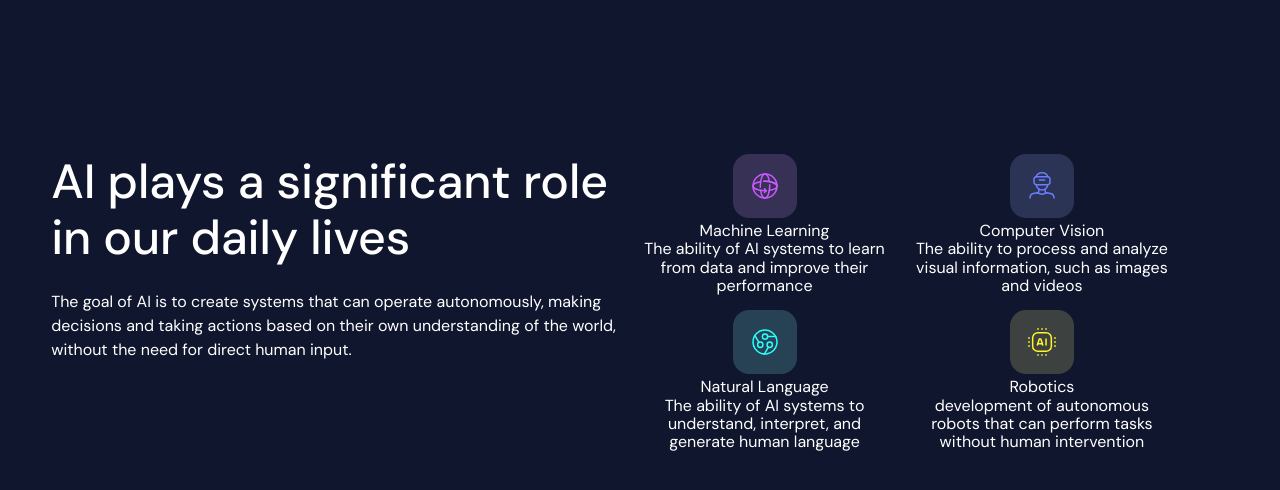
Repository: alphatra/INVO-Academy
Page: / (app in [lvl 1] Sekcja 4 obszarów AI/Starter-code/)
These files come from the project's save history. The page is drawn as it stood at one moment and after the next save; the edit follows.
The browser window is 1280 px wide. The pictures show the whole page.
The project was rebuilt for these pictures with package versions that can differ from the ones it lists, and the page was loaded fresh each time.

Above is the page before, as saved 2023-03-09 21:34:44.
Console error: TypeError: Cannot read properties of null (reading 'addEventListener')

After the next save:
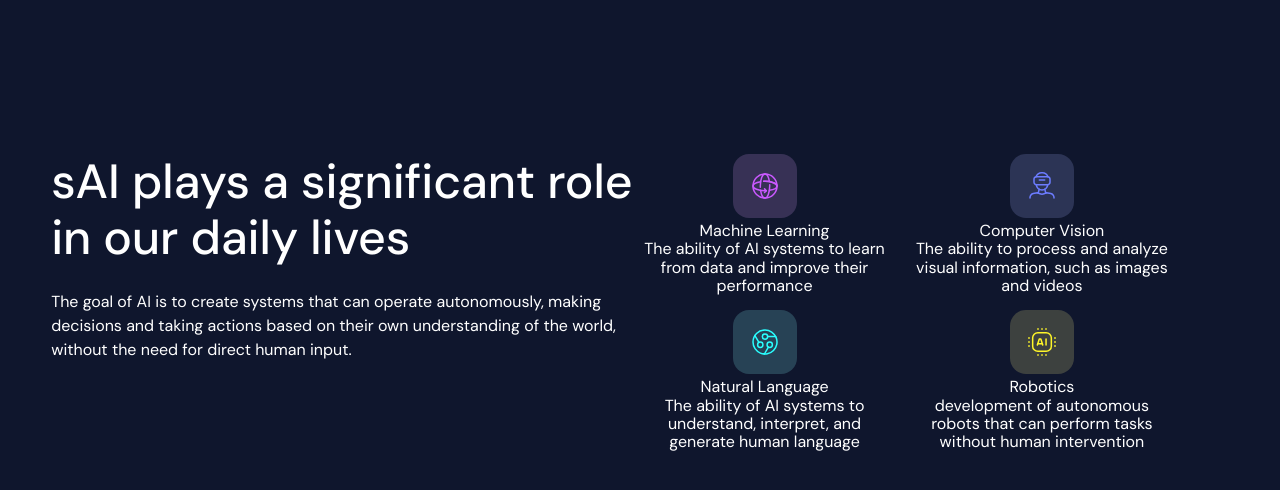
Saved 17 s later.
--- a/[lvl 1] Sekcja 4 obszarów AI/Starter-code/index.html
+++ b/[lvl 1] Sekcja 4 obszarów AI/Starter-code/index.html
@@ -13,7 +13,7 @@
 <body>
   <section class="hero">
     <div class="hero__header">
-      <div class="hero__title"><span>AI plays a significant role in our daily lives</span></div>
+      <div class="hero__title"><span>sAI plays a significant role in our daily lives</span></div>
       <div class="hero__description">
         <span>
           The goal of AI is to create systems that can operate

After the save that followed:
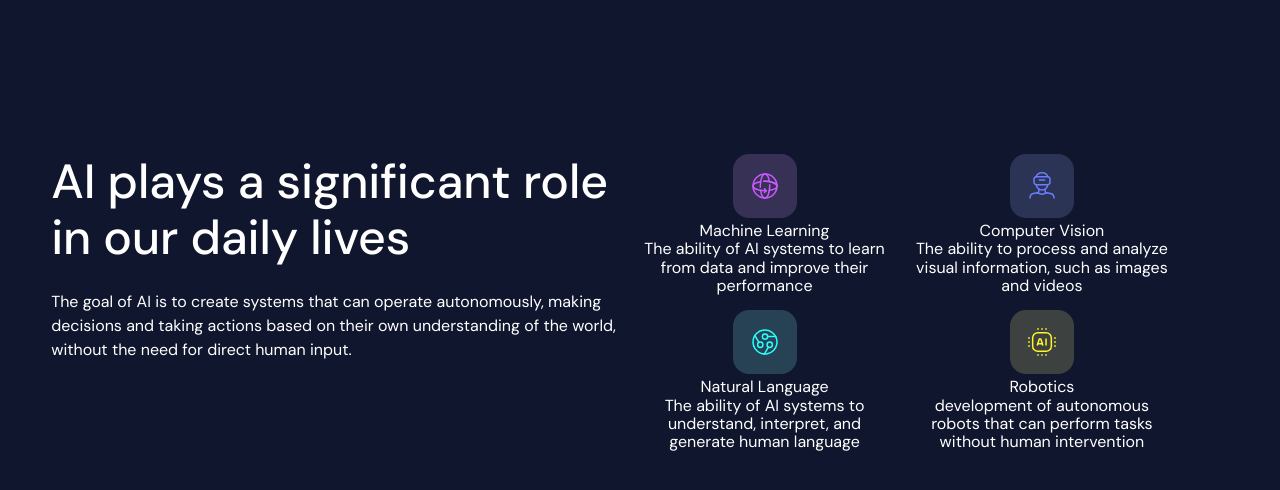
Saved 4 s later.
--- a/[lvl 1] Sekcja 4 obszarów AI/Starter-code/index.html
+++ b/[lvl 1] Sekcja 4 obszarów AI/Starter-code/index.html
@@ -13,7 +13,7 @@
 <body>
   <section class="hero">
     <div class="hero__header">
-      <div class="hero__title"><span>sAI plays a significant role in our daily lives</span></div>
+      <div class="hero__title"><span>AI plays a significant role in our daily lives</span></div>
       <div class="hero__description">
         <span>
           The goal of AI is to create systems that can operate
